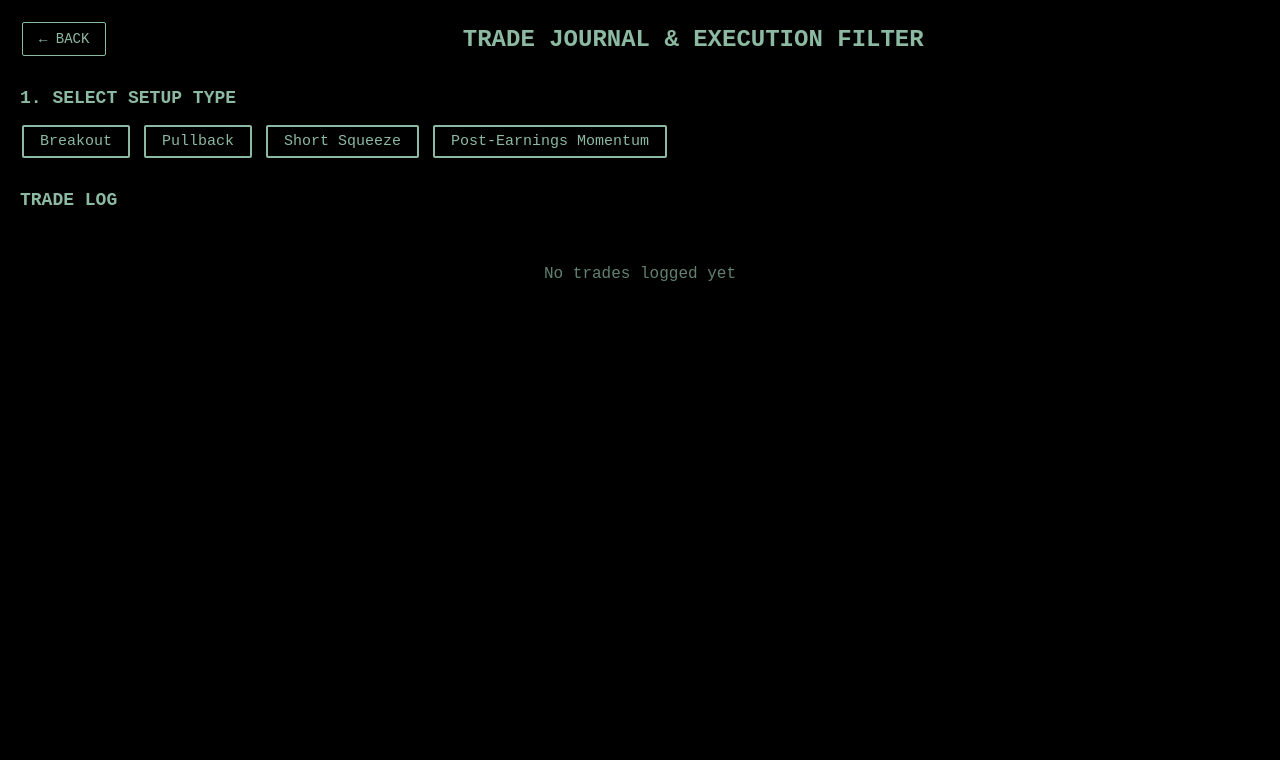
Repository: 11612x/burnlistv1.1
Page: /journal
These files come from the project's save history. The page is drawn as it stood at one moment and after the next save; the edit follows.
The browser window is 1280 px wide. The pictures show the whole page.
The project was rebuilt for these pictures with package versions that can differ from the ones it lists, and the page was loaded fresh each time. Also part of the build but not shown: vite.config.js, src/components/CustomTooltip.jsx, src/logic/portfolioUtils.js, src/components/WatchlistChart.jsx, src/data/randomNames.js, src/data/mockTickerGenerator.js, src/components/NotificationBanner.jsx, src/pages/HomePage.jsx and 18 more.

Above is the page before, as saved 2025-07-17 01:08:30.

### index.html
<!DOCTYPE html>
<html lang="en">
  <head>
    <meta charset="UTF-8" />
    <meta name="viewport" content="width=device-width, initial-scale=1.0" />
    <title>Burnlist</title>
    <link rel="icon" type="image/x-icon" href="/favicon.ico" />
  </head>
  <body>
    <div id="root"></div>
    <script type="module" src="/src/main.jsx"></script>
  </body>
</html>

### src/main.jsx
import React from 'react';
import ReactDOM from 'react-dom/client';
import App from './App';
import './index.css';
import MockWatchlistPage from './pages/MockWatchlistPage';

console.log("MAIN.JSX is running");


ReactDOM.createRoot(document.getElementById('root')).render(<App />);

### src/index.css
body, html, #root {
  margin: 0;
  padding: 0;
  height: 100%;
  background-color: black;
  color: #0de309;
  font-family: 'Courier New', Courier, monospace;
}

### src/pages/TradeJournal.jsx
import React, { useState, useEffect } from "react";
import { useTheme } from '../ThemeContext';
import { useNavigate } from 'react-router-dom';
import NotificationBanner from '@components/NotificationBanner';
import CustomButton from '@components/CustomButton';
import greenflag from '../assets/greenflag.png';
import yellowflag from '../assets/yellowflag.png';
import redflag from '../assets/redflag.png';
import backbutton from '../assets/backbutton.png';

const CRT_GREEN = 'rgb(140,185,162)';

// Setup configurations with their specific checklists
const SETUP_CONFIGS = {
  breakout: {
    name: "Breakout",
    checklists: [
      "Price above key resistance level",
      "Volume surge on breakout",
      "Clean breakout (no overlapping candles)",
      "Previous consolidation pattern",
      "No major resistance overhead",
      "RSI not overbought (>70)",
      "Breakout from 20+ day range",
      "Follow-through volume next day",
      "No earnings within 5 days",
      "Stop loss below breakout level"
    ]
  },
  pullback: {
    name: "Pullback",
    checklists: [
      "Pullback to key support level",
      "Volume decreasing on pullback",
      "Bounce from moving average",
      "RSI oversold (<30) or near support",
      "Previous uptrend intact",
      "No breakdown of key support",
      "Candlestick reversal pattern",
      "Volume confirmation on bounce",
      "No major news events",
      "Stop loss below support level"
    ]
  },
  shortSqueeze: {
    name: "Short Squeeze",
    checklists: [
      "High short interest (>20%)",
      "Price above short interest level",
      "Volume explosion",
      "Gap up or strong move",
      "No major resistance overhead",
      "Catalyst-driven move",
      "Short covering evident",
      "Momentum indicators strong",
      "No earnings within 3 days",
      "Stop loss below entry",
      "Risk:Reward at least 1:2"
    ]
  },
  postEarnings: {
    name: "Post-Earnings Momentum",
    checklists: [
      "Earnings beat expectations",
      "Gap up on earnings",
      "Volume surge post-earnings",
      "No gap fill within 2 days",
      "Analyst upgrades",
      "Guidance positive",
      "Sector momentum",
      "No major resistance overhead",
      "RSI not overbought",
      "Stop loss below gap",
      "Risk:Reward at least 1:1.5"
    ]
  }
};

const TradeJournal = () => {
  const { isInverted } = useTheme();
  const navigate = useNavigate();
  const [selectedSetup, setSelectedSetup] = useState("");
  const [ticker, setTicker] = useState("");
  const [checklistItems, setChecklistItems] = useState({});
  const [entryPrice, setEntryPrice] = useState("");
  const [stopLoss, setStopLoss] = useState("");
  const [target, setTarget] = useState("");
  const [accountSize, setAccountSize] = useState("");
  const [riskPerTrade, setRiskPerTrade] = useState("2");
  const [overrideReason, setOverrideReason] = useState("");
  const [trades, setTrades] = useState([]);
  const [notification, setNotification] = useState("");
  const [notificationType, setNotificationType] = useState("info");

  // Load trades from localStorage on mount
  useEffect(() => {
    const savedTrades = localStorage.getItem("trade_journal_trades");
    if (savedTrades) {
      try {
        setTrades(JSON.parse(savedTrades));
      } catch (error) {
        console.error("Error loading trades:", error);
      }
    }
  }, []);

  // Save trades to localStorage whenever trades change
  useEffect(() => {
    localStorage.setItem("trade_journal_trades", JSON.stringify(trades));
  }, [trades]);

  // Reset checklist when setup changes
  useEffect(() => {
    if (selectedSetup && SETUP_CONFIGS[selectedSetup]) {
      const newChecklist = {};
      SETUP_CONFIGS[selectedSetup].checklists.forEach(item => {
        newChecklist[item] = false;
      });
      setChecklistItems(newChecklist);
    }
  }, [selectedSetup]);

  const handleChecklistChange = (item) => {
    setChecklistItems(prev => ({
      ...prev,
      [item]: !prev[item]
    }));
  };

  const calculateRiskReward = () => {
    if (!entryPrice || !stopLoss || !target) return null;
    const entry = parseFloat(entryPrice);
    const stop = parseFloat(stopLoss);
    const targetPrice = parseFloat(target);

    if (entry <= 0 || stop <= 0 || targetPrice <= 0) return null;

    const risk = Math.abs(entry - stop);
    const reward = Math.abs(targetPrice - entry);

    if (risk === 0) return null;

    return (reward / risk).toFixed(2);
  };

  const calculatePositionSize = () => {
    if (!accountSize || !riskPerTrade || !entryPrice || !stopLoss) return null;

    const account = parseFloat(accountSize);
    const riskPercent = parseFloat(riskPerTrade) / 100;
    const entry = parseFloat(entryPrice);
    const stop = parseFloat(stopLoss);

    if (account <= 0 || riskPercent <= 0 || entry <= 0 || stop <= 0) return null;

    const riskAmount = account * riskPercent;
    const riskPerShare = Math.abs(entry - stop);

    if (riskPerShare === 0) return null;

    return Math.floor(riskAmount / riskPerShare);
  };

  const getVerdict = () => {
    if (!selectedSetup || Object.keys(checklistItems).length === 0) return null;

    const totalItems = Object.keys(checklistItems).length;
    const checkedItems = Object.values(checklistItems).filter(Boolean).length;
    const failedItems = totalItems - checkedItems;

    if (failedItems === 0) return { type: "qualified", text: "Qualified", flag: greenflag };
    if (failedItems <= 2) return { type: "discretionary", text: "Discretionary", flag: yellowflag };
    return { type: "blocked", text: "Blocked", flag: redflag };
  };

  const handleSubmit = () => {
    if (!selectedSetup || !entryPrice || !stopLoss || !target) {
      setNotification("Please fill in all required fields");
      setNotificationType("error");
      setTimeout(() => setNotification(""), 3000);
      return;
    }

    const verdict = getVerdict();
    if (!verdict) return;

    const newTrade = {
      id: Date.now(),
      ticker: ticker.toUpperCase(), // Use the ticker from the form
      setupType: SETUP_CONFIGS[selectedSetup].name,
      entryPrice: parseFloat(entryPrice),
      stopLoss: parseFloat(stopLoss),
      target: parseFloat(target),
      riskReward: calculateRiskReward(),
      positionSize: calculatePositionSize(),
      verdict: verdict.text,
      verdictType: verdict.type,
      verdictFlag: verdict.flag,
      checklistItems: { ...checklistItems },
      overrideReason: verdict.type !== "qualified" ? overrideReason : "",
      date: new Date().toISOString(),
      notes: "",
      outcome: "pending"
    };

    setTrades(prev => [newTrade, ...prev]);

    // Reset form
    setSelectedSetup("");
    setTicker("");
    setChecklistItems({});
    setEntryPrice("");
    setStopLoss("");
    setTarget("");
    setOverrideReason("");

    setNotification("Trade logged successfully");
    setNotificationType("success");
    setTimeout(() => setNotification(""), 3000);
  };

  const updateTrade = (id, updates) => {
    setTrades(prev => prev.map(trade =>
      trade.id === id ? { ...trade, ...updates } : trade
    ));
  };

  const deleteTrade = (id) => {
    setTrades(prev => prev.filter(trade => trade.id !== id));
  };

  const riskReward = calculateRiskReward();
  const positionSize = calculatePositionSize();
  const verdict = getVerdict();

  return (
    <div style={{
      padding: '20px',
      fontFamily: 'Courier New',
      color: isInverted ? '#000' : CRT_GREEN,
      background: isInverted ? CRT_GREEN : '#000',
      minHeight: '100vh'
    }}>
      <NotificationBanner
        message={notification}
        type={notificationType}
        onClose={() => setNotification("")}
      />

      <div style={{ display: 'flex', alignItems: 'center', marginBottom: '30px' }}>
        <CustomButton
          onClick={() => navigate(-1)}
          style={{
            backgroundColor: 'transparent',
            color: CRT_GREEN,
            border: `1px solid ${CRT_GREEN}`,
            padding: '8px 16px',
            marginRight: '20px',
            fontSize: '14px'
          }}
        >
          ← BACK
        </CustomButton>
        <h1 style={{ fontSize: '24px', margin: 0, flex: 1, textAlign: 'center' }}>
          TRADE JOURNAL & EXECUTION FILTER
        </h1>
      </div>

      {/* Setup Selection */}
      <div style={{ marginBottom: '30px' }}>
        <h2 style={{ marginBottom: '15px', fontSize: '18px' }}>1. SELECT SETUP TYPE</h2>
        <div style={{ display: 'flex', gap: '10px', flexWrap: 'wrap' }}>
          {Object.entries(SETUP_CONFIGS).map(([key, config]) => (
            <CustomButton
              key={key}
              onClick={() => setSelectedSetup(key)}
              style={{
                background: selectedSetup === key ? CRT_GREEN : 'transparent',
                color: selectedSetup === key ? '#000' : CRT_GREEN,
                border: `2px solid ${CRT_GREEN}`,
                fontWeight: selectedSetup === key ? 'bold' : 'normal'
              }}
            >
              {config.name}
            </CustomButton>
          ))}
        </div>
      </div>

      {/* Checklist */}
      {selectedSetup && (
        <div style={{ marginBottom: '30px' }}>
          <h2 style={{ marginBottom: '15px', fontSize: '18px' }}>
            2. VERIFY SETUP CRITERIA ({SETUP_CONFIGS[selectedSetup].name})
          </h2>
          <div style={{
            display: 'grid',
            gridTemplateColumns: 'repeat(auto-fit, minmax(300px, 1fr))',
            gap: '10px'
          }}>
            {SETUP_CONFIGS[selectedSetup].checklists.map((item, index) => (
              <label key={index} style={{
                display: 'flex',
                alignItems: 'center',
                gap: '10px',
                padding: '8px',
                border: `1px solid ${CRT_GREEN}`,
                cursor: 'pointer'
              }}>
                <input
                  type="checkbox"
                  checked={checklistItems[item] || false}
                  onChange={() => handleChecklistChange(item)}
                  style={{ transform: 'scale(1.2)' }}
                />
                <span style={{ fontSize: '14px' }}>{item}</span>
              </label>
            ))}
          </div>
        </div>
      )}

      {/* Entry Details */}
      {selectedSetup && (
        <div style={{ marginBottom: '30px' }}>
          <h2 style={{ marginBottom: '15px', fontSize: '18px' }}>3. ENTRY DETAILS</h2>
          <div style={{
            display: 'grid',
            gridTemplateColumns: 'repeat(auto-fit, minmax(200px, 1fr))',
            gap: '15px'
          }}>
            <div>
              <label style={{ display: 'block', marginBottom: '5px' }}>Ticker Symbol:</label>
              <input
                type="text"
                value={ticker}
                onChange={(e) => setTicker(e.target.value.toUpperCase())}
                placeholder="AAPL"
                style={{
                  width: '100%',
                  padding: '8px',
                  background: 'transparent',
                  border: `1px solid ${CRT_GREEN}`,
                  color: CRT_GREEN,
                  fontFamily: 'Courier New',
                  textTransform: 'uppercase'
                }}
              />
            </div>
            <div>
              <label style={{ display: 'block', marginBottom: '5px' }}>Entry Price:</label>
              <input
                type="number"
                step="0.01"
                value={entryPrice}
                onChange={(e) => setEntryPrice(e.target.value)}
                style={{
                  width: '100%',
                  padding: '8px',
                  background: 'transparent',
                  border: `1px solid ${CRT_GREEN}`,
                  color: CRT_GREEN,
                  fontFamily: 'Courier New'
                }}
              />
            </div>
            <div>
              <label style={{ display: 'block', marginBottom: '5px' }}>Stop Loss:</label>
              <input
                type="number"
                step="0.01"
                value={stopLoss}
                onChange={(e) => setStopLoss(e.target.value)}
                style={{
                  width: '100%',
                  padding: '8px',
                  background: 'transparent',
                  border: `1px solid ${CRT_GREEN}`,
                  color: CRT_GREEN,
                  fontFamily: 'Courier New'
                }}
              />
            </div>
            <div>
              <label style={{ display: 'block', marginBottom: '5px' }}>Target:</label>
              <input
                type="number"
                step="0.01"
                value={target}
                onChange={(e) => setTarget(e.target.value)}
                style={{
                  width: '100%',
                  padding: '8px',
                  background: 'transparent',
                  border: `1px solid ${CRT_GREEN}`,
                  color: CRT_GREEN,
                  fontFamily: 'Courier New'
                }}
              />
            </div>
          </div>
        </div>
      )}

      {/* Risk Management */}
      {selectedSetup && (
        <div style={{ marginBottom: '30px' }}>
          <h2 style={{ marginBottom: '15px', fontSize: '18px' }}>4. RISK MANAGEMENT</h2>
          <div style={{
            display: 'grid',
            gridTemplateColumns: 'repeat(auto-fit, minmax(200px, 1fr))',
            gap: '15px'
          }}>
            <div>
              <label style={{ display: 'block', marginBottom: '5px' }}>Account Size ($):</label>
              <input
                type="number"
                value={accountSize}
                onChange={(e) => setAccountSize(e.target.value)}
                style={{
                  width: '100%',
                  padding: '8px',
                  background: 'transparent',
                  border: `1px solid ${CRT_GREEN}`,
                  color: CRT_GREEN,
                  fontFamily: 'Courier New'
                }}
              />
            </div>
            <div>
              <label style={{ display: 'block', marginBottom: '5px' }}>Risk Per Trade (%):</label>
              <input
                type="number"
                step="0.1"
                value={riskPerTrade}
                onChange={(e) => setRiskPerTrade(e.target.value)}
                style={{
                  width: '100%',
                  padding: '8px',
                  background: 'transparent',
                  border: `1px solid ${CRT_GREEN}`,
                  color: CRT_GREEN,
                  fontFamily: 'Courier New'
                }}
              />
            </div>
          </div>

          {/* Calculations Display */}
          <div style={{
            marginTop: '15px',
            padding: '15px',
            border: `1px solid ${CRT_GREEN}`,
            background: 'rgba(140,185,162,0.1)'
          }}>
            <div style={{ display: 'grid', gridTemplateColumns: 'repeat(auto-fit, minmax(150px, 1fr))', gap: '10px' }}>
              <div>
                <strong>Risk:Reward:</strong> {riskReward ? `${riskReward}:1` : 'N/A'}
              </div>
              <div>
                <strong>Position Size:</strong> {positionSize ? `${positionSize} shares` : 'N/A'}
              </div>
              <div>
                <strong>Risk Amount:</strong> {accountSize && riskPerTrade ?
                  `$${((parseFloat(accountSize) * parseFloat(riskPerTrade) / 100)).toFixed(2)}` : 'N/A'}
              </div>
            </div>
          </div>
        </div>
      )}

      {/* Verdict */}
      {verdict && (
        <div style={{ marginBottom: '30px' }}>
          <h2 style={{ marginBottom: '15px', fontSize: '18px' }}>5. SETUP VERDICT</h2>
          <div style={{
            padding: '15px',
            border: `2px solid ${CRT_GREEN}`,
            textAlign: 'center',
            fontSize: '18px',
            fontWeight: 'bold',
            background: verdict.type === 'qualified' ? 'rgba(0,255,0,0.1)' :
                       verdict.type === 'discretionary' ? 'rgba(255,165,0,0.1)' :
                       'rgba(255,0,0,0.1)',
            display: 'flex',
            alignItems: 'center',
            justifyContent: 'center',
            gap: '10px'
          }}>
            <img
              src={verdict.flag}
              alt={verdict.text}
              style={{ width: '24px', height: '24px' }}
            />
            {verdict.text}
          </div>

          {verdict.type !== 'qualified' && (
            <div style={{ marginTop: '15px' }}>
              <label style={{ display: 'block', marginBottom: '5px' }}>
                Override Reason (Required for Discretionary/Blocked):
              </label>
              <textarea
                value={overrideReason}
                onChange={(e) => setOverrideReason(e.target.value)}
                style={{
                  width: '100%',
                  padding: '8px',
                  background: 'transparent',
                  border: `1px solid ${CRT_GREEN}`,
                  color: CRT_GREEN,
                  fontFamily: 'Courier New',
                  minHeight: '60px'
                }}
                placeholder="Explain why you're proceeding despite failed criteria..."
              />
            </div>
          )}
        </div>
      )}

      {/* Submit Button */}
      {selectedSetup && (
        <div style={{ textAlign: 'center', marginBottom: '30px' }}>
          <CustomButton
            onClick={handleSubmit}
            disabled={!ticker || !entryPrice || !stopLoss || !target || (verdict?.type !== 'qualified' && !overrideReason)}
            style={{ fontSize: '16px', padding: '12px 24px' }}
          >
            LOG TRADE
          </CustomButton>
        </div>
      )}

      {/* Trade Log */}
      <div>
        <h2 style={{ marginBottom: '15px', fontSize: '18px' }}>TRADE LOG</h2>
        {trades.length === 0 ? (
          <div style={{ textAlign: 'center', padding: '40px', opacity: 0.7 }}>
            No trades logged yet
          </div>
        ) : (
          <div style={{ overflowX: 'auto' }}>
            <table style={{
              width: '100%',
              borderCollapse: 'collapse',
              border: `1px solid ${CRT_GREEN}`
            }}>
              <thead>
                <tr style={{ background: 'rgba(140,185,162,0.1)' }}>
                  <th style={{ padding: '10px', border: `1px solid ${CRT_GREEN}`, textAlign: 'left' }}>Ticker</th>
                  <th style={{ padding: '10px', border: `1px solid ${CRT_GREEN}`, textAlign: 'left' }}>Setup</th>
                  <th style={{ padding: '10px', border: `1px solid ${CRT_GREEN}`, textAlign: 'left' }}>R:R</th>
                  <th style={{ padding: '10px', border: `1px solid ${CRT_GREEN}`, textAlign: 'left' }}>Verdict</th>
                  <th style={{ padding: '10px', border: `1px solid ${CRT_GREEN}`, textAlign: 'left' }}>Outcome</th>
                  <th style={{ padding: '10px', border: `1px solid ${CRT_GREEN}`, textAlign: 'left' }}>Actions</th>
                </tr>
              </thead>
              <tbody>
                {trades.map((trade) => (
                  <tr key={trade.id} style={{ borderBottom: `1px solid ${CRT_GREEN}` }}>
                    <td style={{ padding: '10px', border: `1px solid ${CRT_GREEN}` }}>
                      <input
                        type="text"
                        value={trade.ticker}
                        onChange={(e) => updateTrade(trade.id, { ticker: e.target.value })}
                        placeholder="Ticker"
                        style={{
                          background: 'transparent',
                          border: 'none',
                          color: CRT_GREEN,
                          fontFamily: 'Courier New',
                          width: '80px'
                        }}
                      />
                    </td>
                    <td style={{ padding: '10px', border: `1px solid ${CRT_GREEN}` }}>{trade.setupType}</td>
                    <td style={{ padding: '10px', border: `1px solid ${CRT_GREEN}` }}>{trade.riskReward}:1</td>
                                         <td style={{ padding: '10px', border: `1px solid ${CRT_GREEN}` }}>
                       <div style={{ display: 'flex', alignItems: 'center', gap: '5px' }}>
                         <img
                           src={trade.verdictFlag || (trade.verdictType === 'qualified' ? greenflag :
                                                    trade.verdictType === 'discretionary' ? yellowflag : redflag)}
                           alt={trade.verdict}
                           style={{ width: '16px', height: '16px' }}
                         />
                         {trade.verdict}
                       </div>
                     </td>
                    <td style={{ padding: '10px', border: `1px solid ${CRT_GREEN}` }}>
                      <select
                        value={trade.outcome}
                        onChange={(e) => updateTrade(trade.id, { outcome: e.target.value })}
                        style={{
                          background: 'transparent',
                          border: 'none',
                          color: CRT_GREEN,
                          fontFamily: 'Courier New'
                        }}
                      >
                        <option value="pending">Pending</option>
                        <option value="win">Win</option>
                        <option value="loss">Loss</option>
                        <option value="breakeven">Breakeven</option>
                      </select>
                    </td>
                    <td style={{ padding: '10px', border: `1px solid ${CRT_GREEN}` }}>
                      <CustomButton
                        onClick={() => deleteTrade(trade.id)}
                        style={{ padding: '4px 8px', fontSize: '12px' }}
                      >
                        Delete
                      </CustomButton>
                    </td>
                  </tr>
                ))}
              </tbody>
            </table>
          </div>
        )}
      </div>
    </div>
  );
};

export default TradeJournal;

Loaded but not shown: src/data/fetchManager.js (384 lines, source omitted); src/data/normalizeTicker.js (67 lines, source omitted); src/data/finhubAdapter.js (46 lines, source omitted); src/App.jsx (69 lines, source omitted); src/ThemeContext.jsx (42 lines, source omitted); src/components/CustomButton.jsx (33 lines, source omitted)

After the next save:
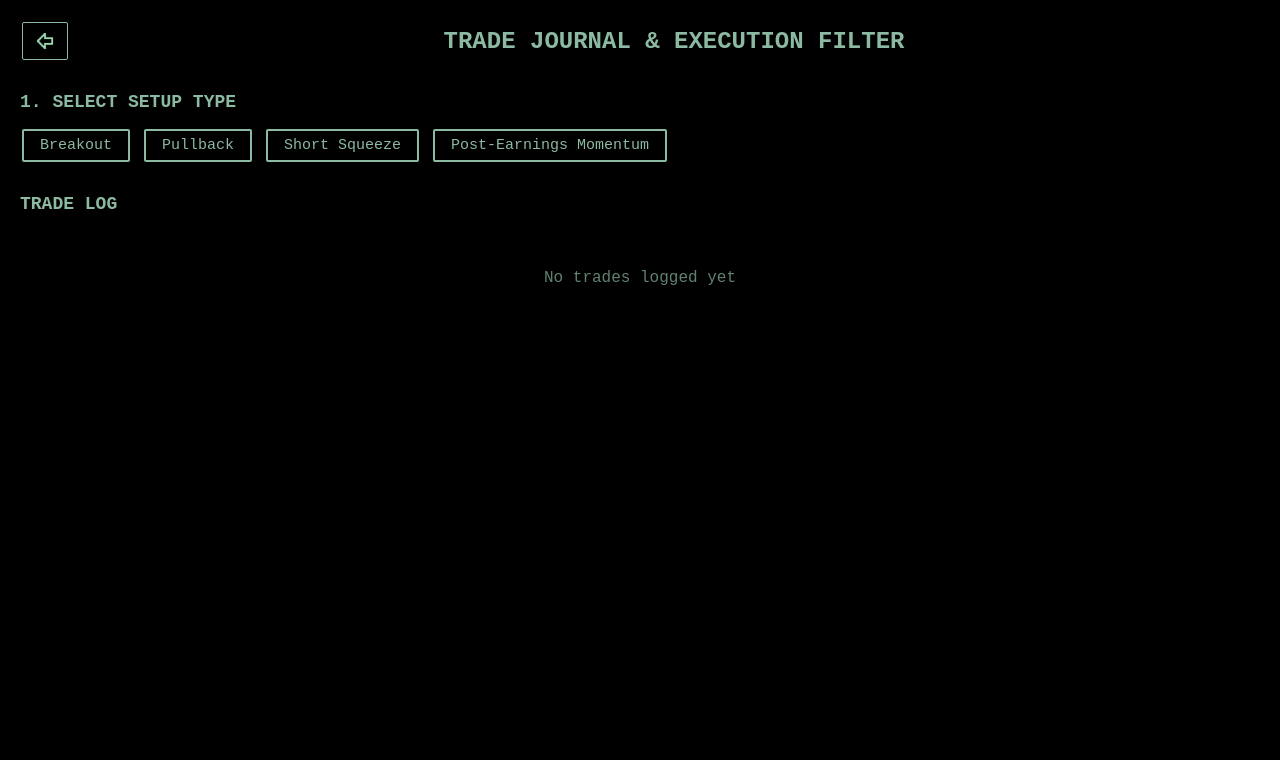
Saved 11 s later.
--- a/src/pages/TradeJournal.jsx
+++ b/src/pages/TradeJournal.jsx
@@ -254,12 +254,22 @@ const TradeJournal = () => {
             backgroundColor: 'transparent',
             color: CRT_GREEN,
             border: `1px solid ${CRT_GREEN}`,
-            padding: '8px 16px',
+            padding: '8px 12px',
             marginRight: '20px',
-            fontSize: '14px'
+            display: 'flex',
+            alignItems: 'center',
+            justifyContent: 'center'
           }}
         >
-          ← BACK
+          <img
+            src={backbutton}
+            alt="Back"
+            style={{
+              width: '20px',
+              height: '20px',
+              filter: 'brightness(0) saturate(100%) invert(85%) sepia(15%) saturate(638%) hue-rotate(89deg) brightness(95%) contrast(87%)'
+            }}
+          />
         </CustomButton>
         <h1 style={{ fontSize: '24px', margin: 0, flex: 1, textAlign: 'center' }}>
           TRADE JOURNAL & EXECUTION FILTER
